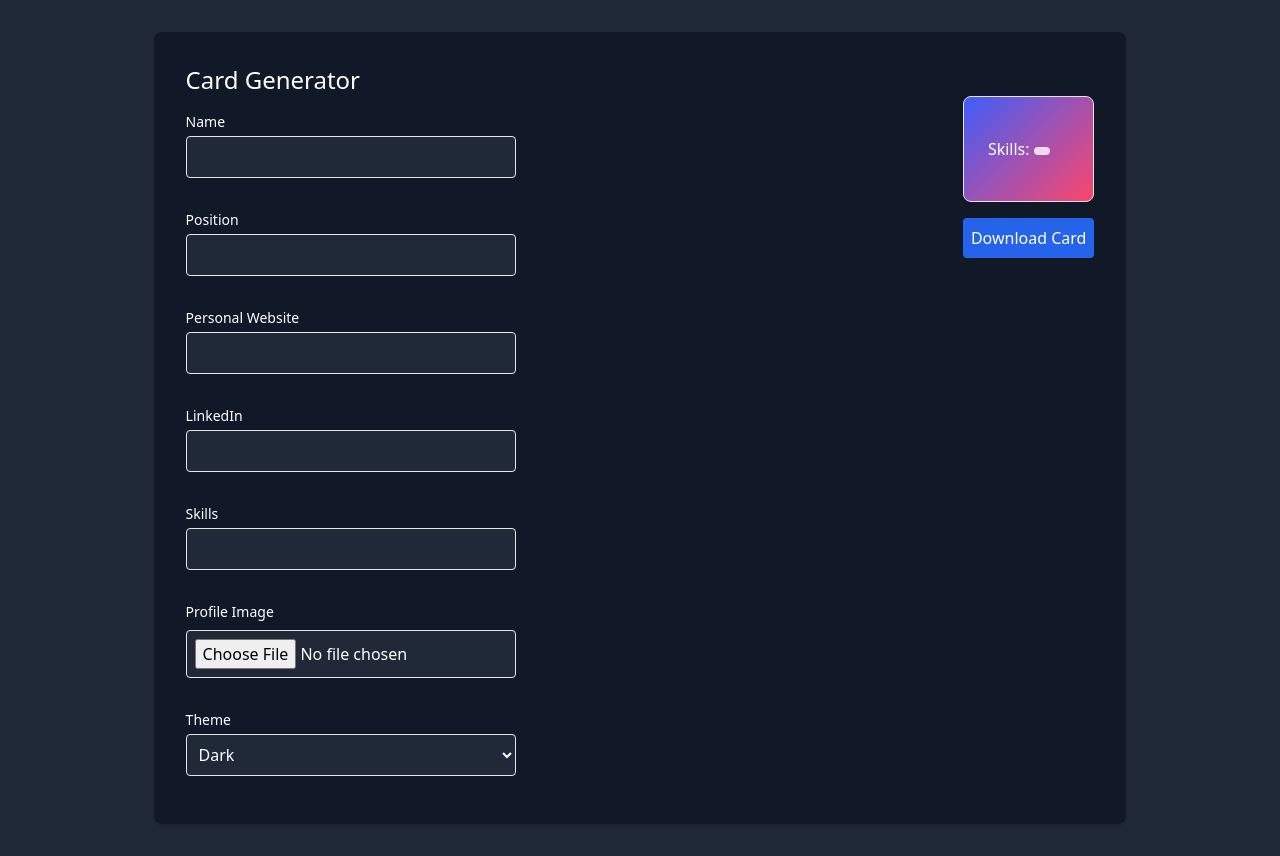
Repository: SmanSayeed/card-generator-react-application
Page: /
The author's editor kept a copy of each file at every save. The page is drawn from the files as they stood at one save, then again after a run of saves.
The browser window is 1280 px wide. The pictures show the whole page.
The project was rebuilt for these pictures with package versions that can differ from the ones it lists, and the page was loaded fresh each time. Also part of the build but not shown: vite.config.js.

Above is the page before, as saved 2024-09-24 16:29:30.

### src/main.jsx
import { StrictMode } from 'react'
import { createRoot } from 'react-dom/client'
import './index.css';
import App from './App';
import { Provider } from 'react-redux';
import { configureStore } from '@reduxjs/toolkit';
import { persistStore } from 'redux-persist';
import { PersistGate } from 'redux-persist/integration/react';
import cardReducer from './features/cardSlice';

const store = configureStore({
  reducer: {
    card: cardReducer,
  },
});
const persistor = persistStore(store);
createRoot(document.getElementById('root')).render(
  <StrictMode>
     <Provider store={store}>
     <PersistGate loading={null} persistor={persistor}>
    <App />
    </PersistGate>
    </Provider>
  </StrictMode>,
)

### src/App.jsx
import React from 'react';
import { useDispatch, useSelector } from 'react-redux';
import { updateField, setTheme } from './features/cardSlice';
import './App.css';
import CardGenerator from './components/template/CardGenerator';

const themes = {
  dark: "bg-gray-800 text-white",
  light: "bg-white text-black",
  green: "bg-green-200 text-black",
  blue: "bg-blue-200 text-black",
  minimal: "bg-gray-200 text-black",
};

function App() {

  return (
    <div className="p-8 min-h-screen bg-gray-800 text-white">
    <CardGenerator />
  </div>
  );
}

export default App;

### src/features/cardSlice.js
import { createSlice } from '@reduxjs/toolkit';
import { persistReducer } from 'redux-persist';
import storage from 'redux-persist/lib/storage';

const cardSlice = createSlice({
  name: 'card',
  initialState: {
    name: '',
    position: '',
    profileImage: '',
    personalWebsite: '',
    linkedin: '',
    skills: '',
    theme: 'dark', // default theme
  },
  reducers: {
    updateField: (state, action) => {
      const { field, value } = action.payload;
      state[field] = value;
    },
    setTheme: (state, action) => {
      state.theme = action.payload;
    },
  },
});

const persistConfig = {
  key: 'root',
  storage,
};

const persistedReducer = persistReducer(persistConfig, cardSlice.reducer);

export const { updateField, setTheme } = cardSlice.actions;
export default persistedReducer;

### src/App.css
.body.dark-mode {
  background: black;
  color: white;
  font-family: 'Arial', sans-serif;
}
ul {
  list-style: none;
  padding: 0;
}
.badge {
  display: inline-block;
  font-size: 0.875em;
  margin-right: 0.25rem;
  padding: 0.25rem 0.5rem;
  background: rgba(255,255,255,0.8);
}
.card {
  background: linear-gradient(135deg, rgba(63,94,251,1) 0%, rgba(252,70,107,1) 100%);
}

### src/components/template/CardGenerator.jsx
import React from "react";

import html2canvas from "html2canvas";
import jsPDF from "jspdf";
import CardForm from "../organisms/CardForm";
import Card from "../organisms/Card";
import Button from "../atoms/Button";

const CardGenerator = () => {
  const downloadCard = () => {
    const input = document.getElementById("card");
    html2canvas(input).then((canvas) => {
      const imgData = canvas.toDataURL("image/png");
      const pdf = new jsPDF();
      pdf.addImage(imgData, "PNG", 0, 0);
      pdf.save("card.pdf");
    });
  };

  return (
    <div className="max-w-[80%] mx-auto bg-gray-900 text-white p-8 rounded-lg shadow-md">
      <div className="flex justify-between items-start gap-2">
        <div>
          <h1 className="text-2xl mb-4">Card Generator</h1>
          <CardForm />
        </div>
        <div>
          <div id="card">
            <Card />
          </div>
          <Button onClick={downloadCard}>Download Card</Button>
        </div>
      </div>
    </div>
  );
};

export default CardGenerator;

### src/components/organisms/CardForm.js
import React from 'react';
import FormField from '../molecules/FormField';
import Button from '../atoms/Button';
import { useDispatch, useSelector } from 'react-redux';
import { updateField, setTheme } from '../../features/cardSlice';

const CardForm = () => {
  const dispatch = useDispatch();
  const card = useSelector((state) => state.card);

  const handleChange = (e) => {
    const { name, value } = e.target;
    dispatch(updateField({ field: name, value }));
  };

  const handleThemeChange = (e) => {
    dispatch(setTheme(e.target.value));
  };

  return (
    <form className="grid grid-cols-1 gap-4">
      <FormField type="text" label="Name" name="name" value={card.name} onChange={handleChange} />
      <FormField type="text" label="Position" name="position" value={card.position} onChange={handleChange} />
      <FormField type="text" label="Personal Website" name="personalWebsite" value={card.personalWebsite} onChange={handleChange} />
      <FormField type="text" label="LinkedIn" name="linkedin" value={card.linkedin} onChange={handleChange} />
      <FormField type="text" label="Skills" name="skills" value={card.skills} onChange={handleChange} />
      <FormField type="file" label="Profile Image" onChange={(e) => handleChange({ target: { name: 'profileImage', value: URL.createObjectURL(e.target.files[0]) } })} />
      <FormField type="select" label="Theme" name="theme" value={card.theme} onChange={handleThemeChange} options={[
        { value: 'dark', label: 'Dark' },
        { value: 'light', label: 'Light' },
        { value: 'green', label: 'Green' },
        { value: 'blue', label: 'Blue' },
        { value: 'minimal', label: 'Minimal' },
      ]} />
    </form>
  );
};

export default CardForm;

### src/components/organisms/Card.js
import React from 'react';
import { useSelector } from 'react-redux';

const themes = {
  dark: 'bg-gray-800 text-white',
  light: 'bg-white text-black',
  green: 'bg-green-200 text-black',
  blue: 'bg-blue-200 text-black',
  minimal: 'bg-gray-200 text-black',
};

const Card = () => {
  const card = useSelector((state) => state.card);

  return (
    <div className={`card mt-8 p-6 rounded-lg border shadow-sm ${themes[card.theme]}`}>
      <div className="flex items-center mb-4">
        {card.profileImage && (
          <img src={card.profileImage} alt="Profile" className="w-12 h-12 rounded-full mr-4" />
        )}
        <div>
          <h2 className="text-xl">{card.name}</h2>
          <p>{card.position}</p>
        </div>
      </div>

      <div className="mb-4">
        <a href={card.personalWebsite} target="_blank" className="block">
          {card.personalWebsite}
        </a>
        <a href={card.linkedin} target="_blank" className="block">
          {card.linkedin}
        </a>
      </div>

      <div className="mb-4">
        <p>
          Skills: {card.skills.split(',').map((skill) => (
            <span key={skill} className="badge bg-gray-200 text-black p-1 rounded mr-1">
              {skill}
            </span>
          ))}
        </p>
      </div>

      <div className="mt-4">
        <a href={card.personalWebsite} target="_blank" className="block mt-2 text-sm">
          {card.personalWebsite}
        </a>
      </div>
    </div>
  );
};

export default Card;

### src/components/atoms/Button.js
import React from 'react';

const Button = ({ onClick, children, ...props }) => (
  <button
    onClick={onClick}
    className="mt-4 w-full p-2 bg-blue-600 text-white rounded"
    {...props}
  >
    {children}
  </button>
);

export default Button;

### src/components/molecules/FormField.js
import React from 'react';
import TextInput from '../atoms/TextInput';
import FileInput from '../atoms/FileInput';
import SelectInput from '../atoms/SelectInput';

const FormField = ({ type, ...props }) => {
  switch (type) {
    case 'text':
      return <TextInput {...props} />;
    case 'file':
      return <FileInput {...props} />;
    case 'select':
      return <SelectInput {...props} />;
    default:
      return null;
  }
};

export default FormField;

### src/components/atoms/textInput.js
import React from 'react';

const TextInput = ({ label, name, value, onChange, ...props }) => (
  <div className="mb-4">
    {label && <label className="block text-sm mb-1">{label}</label>}
    <input
      type="text"
      name={name}
      value={value}
      onChange={onChange}
      className="p-2 bg-gray-800 border rounded w-full"
      {...props}
    />
  </div>
);

export default TextInput;

### src/components/atoms/fileInput.js
import React from 'react';

const FileInput = ({ label, name, onChange }) => (
  <div className="mb-4">
    {label && <label className="block text-sm mb-1">{label}</label>}
    <input
      type="file"
      name={name}
      onChange={onChange}
      className="mt-1 p-2 bg-gray-800 border rounded w-full"
    />
  </div>
);

export default FileInput;

### src/components/atoms/selectInput.js
import React from 'react';

const SelectInput = ({ label, name, value, onChange, options }) => (
  <div className="mb-4">
    {label && <label className="block text-sm mb-1">{label}</label>}
    <select
      name={name}
      value={value}
      onChange={onChange}
      className="p-2 bg-gray-800 border rounded w-full"
    >
      {options.map((option, index) => (
        <option key={index} value={option.value}>
          {option.label}
        </option>
      ))}
    </select>
  </div>
);

export default SelectInput;

### tailwind.config.js
// tailwind.config.js
/** @type {import('tailwindcss').Config} */
export default {
  content: ["./index.html", "./src/**/*.{js,ts,jsx,tsx}"],
  theme: {
    extend: {},
  },
  plugins: [],
};

Loaded but not shown: index.html (common file); src/index.css (common file)

After the next 2 saves:
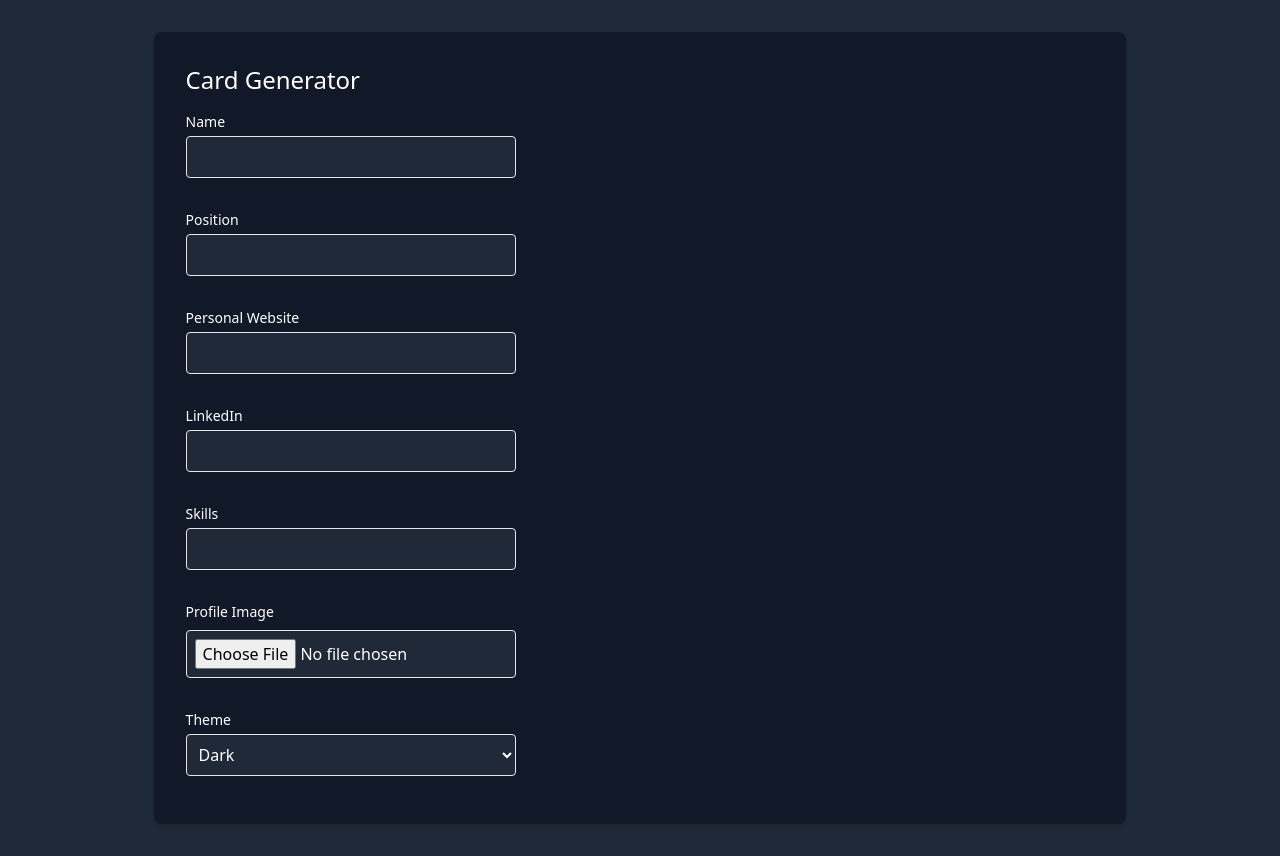
The 2 saves are shown as one change because they came seconds apart.
The last was saved 30 s later.
--- a/src/components/template/CardGenerator.jsx
+++ b/src/components/template/CardGenerator.jsx
@@ -24,12 +24,6 @@ const CardGenerator = () => {
           <h1 className="text-2xl mb-4">Card Generator</h1>
           <CardForm />
         </div>
-        <div>
-          <div id="card">
-            <Card />
-          </div>
-          <Button onClick={downloadCard}>Download Card</Button>
-        </div>
       </div>
     </div>
   );
